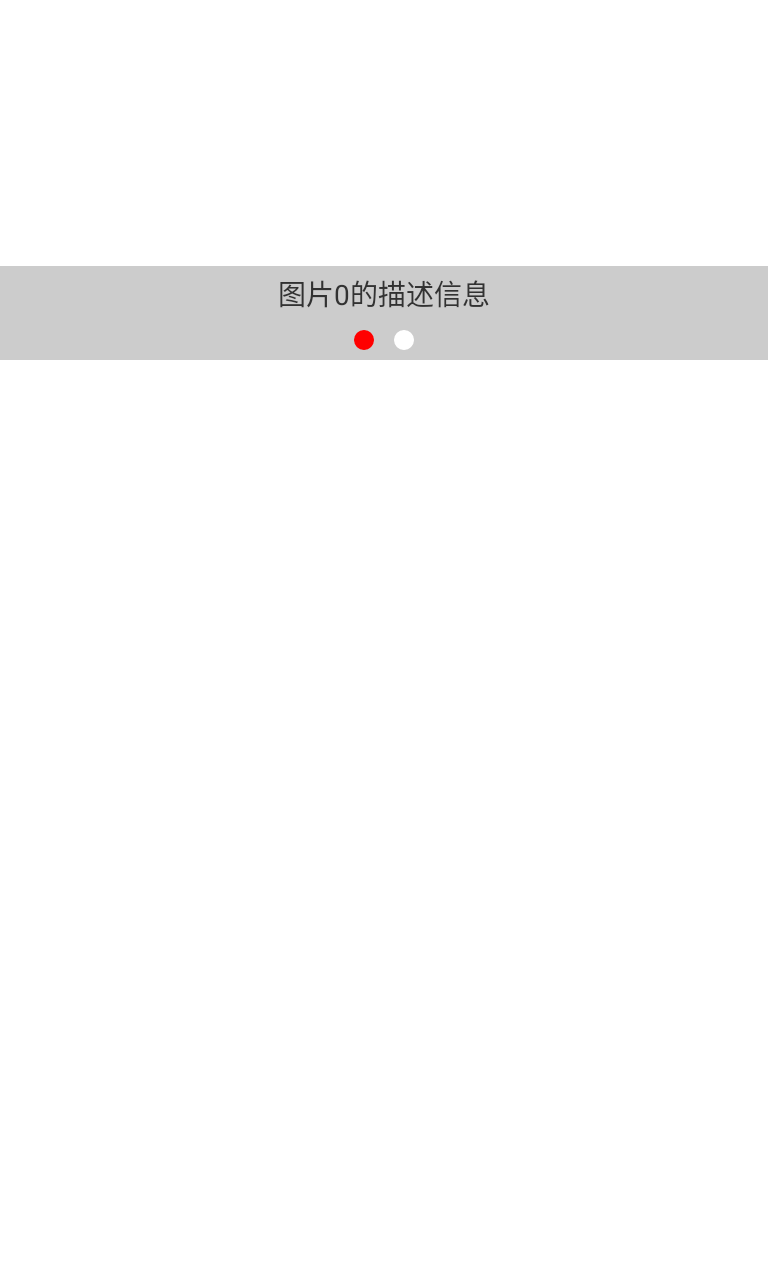
Repository: ASmouse/View
Layout: 01_ViewPager14/res/layout/activity_main.xml
The author's editor kept a copy of each file at every save. The layout is drawn from the files as they stood at one save, then again after the next save.
It is drawn on a 768 x 1280 px phone screen (xhdpi) without system bars, with theme AppTheme; the app's code is not run. Lists and similar views that code fills are empty.

Above is the layout before, as saved 2015-10-24 01:55:52.

After the next save:
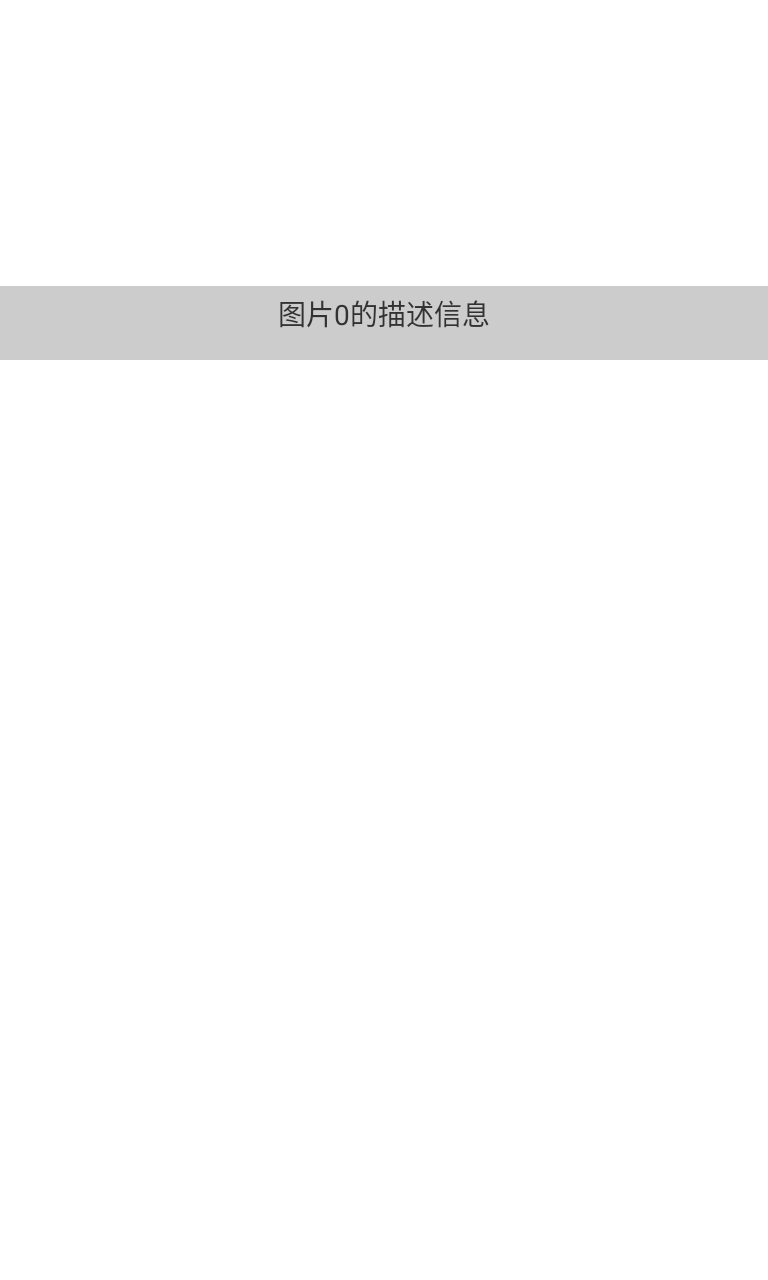
Saved 4 s later.
--- a/01_ViewPager14/res/layout/activity_main.xml
+++ b/01_ViewPager14/res/layout/activity_main.xml
@@ -42,7 +42,7 @@
                 android:layout_margin="5dip"
                 android:orientation="horizontal" >
 
-                <View
+              <!--   <View
                     android:layout_width="10dip"
                     android:layout_height="10dip"
                     android:background="@drawable/red_point" />
@@ -51,7 +51,7 @@
                     android:layout_marginLeft="10dip"
                     android:layout_width="10dip"
                     android:layout_height="10dip"
-                    android:background="@drawable/gray_point" />
+                    android:background="@drawable/gray_point" /> -->
             </LinearLayout>
         </LinearLayout>
     </RelativeLayout>
